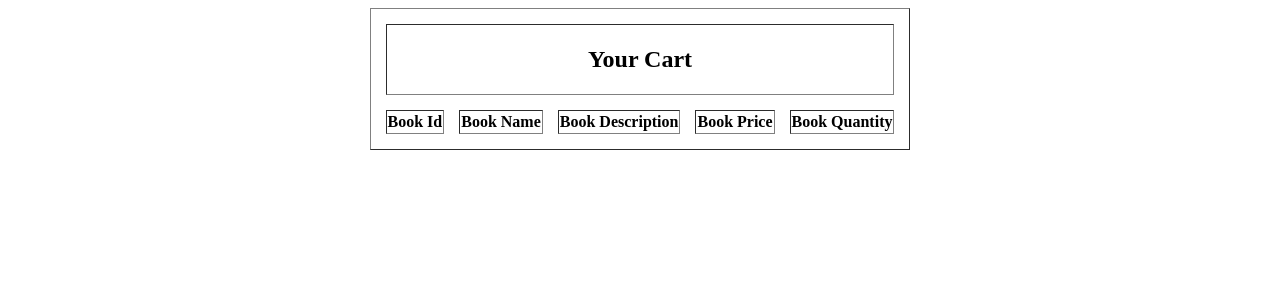
Repository: Rccalfa123/OnlineShopingCart
Page: http://localhost/OnlineBookShopping_Servlet-JSP/Cart.jsp
These files come from the project's save history. The page is drawn as it stood at one moment and after the next save; the edit follows.
The browser window is 1280 px wide. The pictures show the whole page.
The page is served by Tomcat 9.

Above is the page before, as saved 2018-08-09 12:01:26.

After the next save:
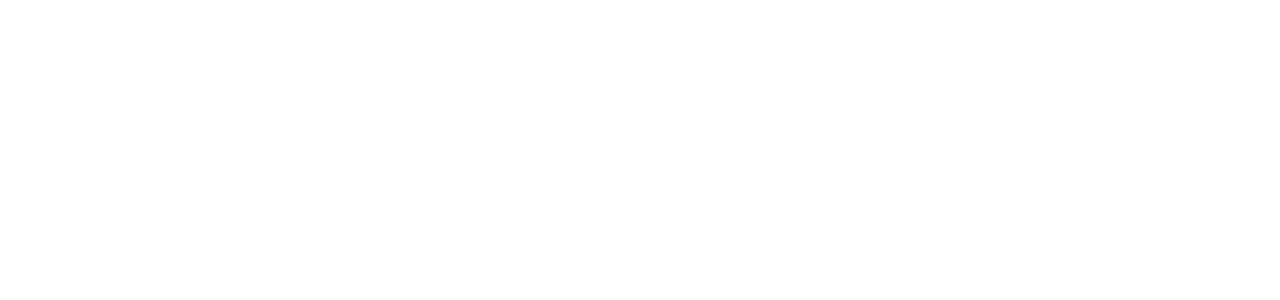
Saved 27 s later.
--- a/OnlineBookShopping_Servlet-JSP/WebContent/Cart.jsp
+++ b/OnlineBookShopping_Servlet-JSP/WebContent/Cart.jsp
@@ -11,32 +11,7 @@
 
  <form action=".app" method="get">
 
-		<div>
-			<table cellspacing="15" align = "center" border="dotted" >
-				<tr>
-					<th colspan="6" height="35"><h2>Your Cart</h2></th>
-				</tr>
-			  <tr>
-					<th height="20">Book Id</th>
-					<th height="20">Book Name</th>
-					<th height="20">Book Description</th>
-					<th height="20">Book Price</th>
-					<th height="20">Book Quantity</th>
-
-				</tr>
-
-			<alfa:forEach var="booksInCart"  items="${sessionScope.booksInCart}">
-			<tr>
-					<td align="center">${booksInCart.bookObject.bookId}</td>
-					<td align="center">${booksInCart.bookObject.bookName}</td>
-					<td align="center">${booksInCart.bookObject.bookDescription}</td>
-					<td align="center">${booksInCart.bookObject.bookPrice}</td>
-					<td align="center">${booksInCart.noofBookAdded}</td>
-					<td align="center"  colspan="2"><a href="removenew.app?bookId=${booksInCart.bookObject.bookId}">Remove From Cart</a></td>
-			</tr>
-			</alfa:forEach>
-					</table>
-		</div>
+		<alfa:if test=""></alfa:if>
 
 	</form>
 

After the save that followed:
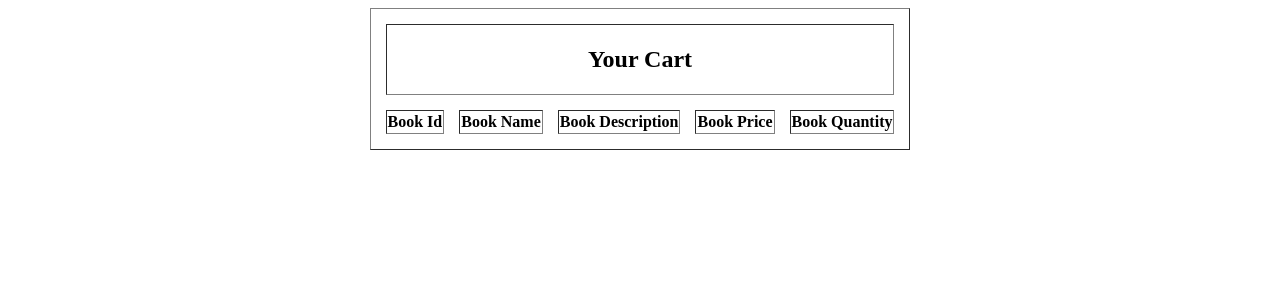
Saved 2 min 1 s later.
--- a/OnlineBookShopping_Servlet-JSP/WebContent/Cart.jsp
+++ b/OnlineBookShopping_Servlet-JSP/WebContent/Cart.jsp
@@ -11,7 +11,32 @@
 
  <form action=".app" method="get">
 
-		<alfa:if test=""></alfa:if>
+		<div>
+			<table cellspacing="15" align = "center" border="dotted" >
+				<tr>
+					<th colspan="6" height="35"><h2>Your Cart</h2></th>
+				</tr>
+			  <tr>
+					<th height="20">Book Id</th>
+					<th height="20">Book Name</th>
+					<th height="20">Book Description</th>
+					<th height="20">Book Price</th>
+					<th height="20">Book Quantity</th>
+
+				</tr>
+
+			<alfa:forEach var="booksInCart"  items="${sessionScope.booksInCart}">
+			<tr>
+					<td align="center">${booksInCart.bookObject.bookId}</td>
+					<td align="center">${booksInCart.bookObject.bookName}</td>
+					<td align="center">${booksInCart.bookObject.bookDescription}</td>
+					<td align="center">${booksInCart.bookObject.bookPrice}</td>
+					<td align="center">${booksInCart.noofBookAdded}</td>
+					<td align="center"  colspan="2"><a href="removenew.app?bookId=${booksInCart.bookObject.bookId}">Remove From Cart</a></td>
+			</tr>
+			</alfa:forEach>
+					</table>
+		</div>
 
 	</form>
 
